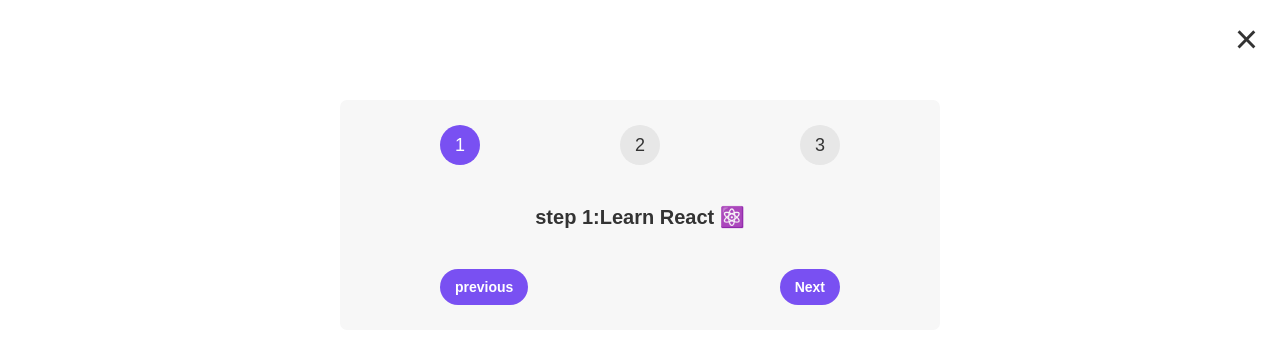
Repository: masamichan/steps
Page: /
An editor plug-in stored every save of this project. The page is shown before and after the next save, followed by the edit.
The browser window is 1280 px wide. The pictures show the whole page.
The project was rebuilt for these pictures with package versions that can differ from the ones it lists, and the page was loaded fresh each time.

Above is the page before, as saved 2024-01-23 09:01:54.

### src/App.js
import { useState } from "react";

const messages = [
  "Learn React ⚛️",
  "Apply for jobs 💼",
  "Invest your new income 🤑",
];

export default function App() {
  const [step, setStep] = useState(1);
  const [isOpen, setIsOpen] = useState(true);

  function handlePrevious() {
    if (step > 1) setStep((s) => s - 1);
  }

  function handleNext() {
    if (step < 3) {
      setStep((s) => s + 1);
      // setStep((s) => s + 1);
    }
  }

  return (
    <div>
      <button className="close" onClick={() => setIsOpen((is) => !isOpen)}>
        &times;
      </button>
      {isOpen && (
        <div className="steps">
          <div className="numbers">
            <div className={step >= 1 ? "active" : ""}>1</div>
            <div className={step >= 2 ? "active" : ""}>2</div>
            <div className={step >= 3 ? "active" : ""}>3</div>
          </div>
          <p className="message">
            step {step}:{messages[step - 1]}
          </p>
          <div className="buttons">
            <Button
              bgColor="#7950f2"
              textColor="#fff"
              onClick={handlePrevious}
              text="previous"
            />
            <Button
              bgColor="#7950f2"
              textColor="#fff"
              onClick={handleNext}
              text="Next"
            />
          </div>
        </div>
      )}
    </div>
  );
}

function Button({ textColor, bgColor, onClick, text }) {
  return (
    <button
      style={{ backgroundColor: bgColor, color: textColor }}
      onClick={onClick}
    >
      {text}
    </button>
  );
}

Loaded but not shown: public/index.html (common file); src/index.js (common file); src/index.css (common file)

After the next save:
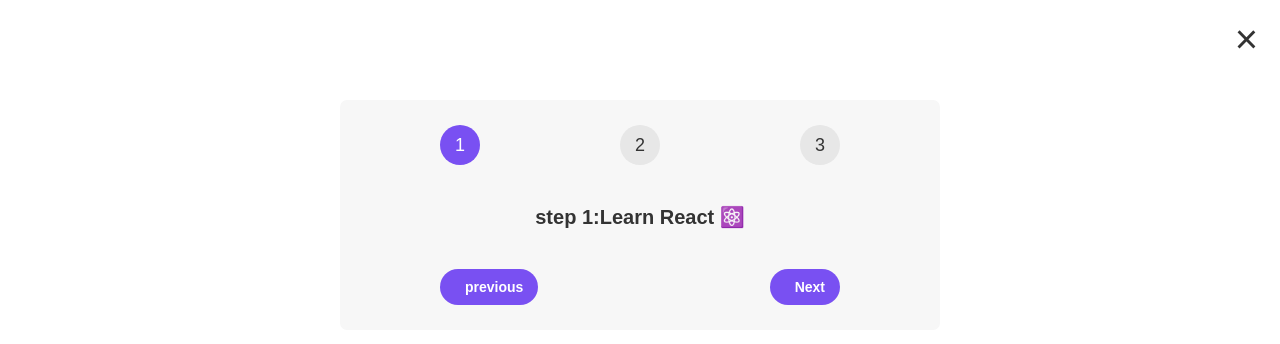
Saved 2 min 19 s later.
--- a/src/App.js
+++ b/src/App.js
@@ -56,12 +56,13 @@
   );
 }
 
-function Button({ textColor, bgColor, onClick, text }) {
+function Button({ textColor, bgColor, onClick, text, emoji }) {
   return (
     <button
       style={{ backgroundColor: bgColor, color: textColor }}
       onClick={onClick}
     >
+      <span>{emoji}</span>
       {text}
     </button>
   );

After the save that followed:
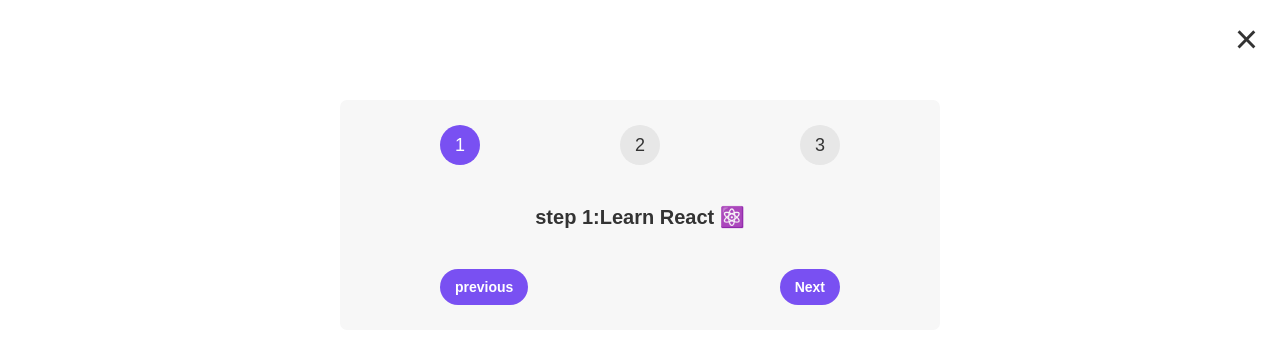
Saved 3 min 11 s later.
--- a/src/App.js
+++ b/src/App.js
@@ -56,13 +56,12 @@
   );
 }
 
-function Button({ textColor, bgColor, onClick, text, emoji }) {
+function Button({ textColor, bgColor, onClick, text }) {
   return (
     <button
       style={{ backgroundColor: bgColor, color: textColor }}
       onClick={onClick}
     >
-      <span>{emoji}</span>
       {text}
     </button>
   );
